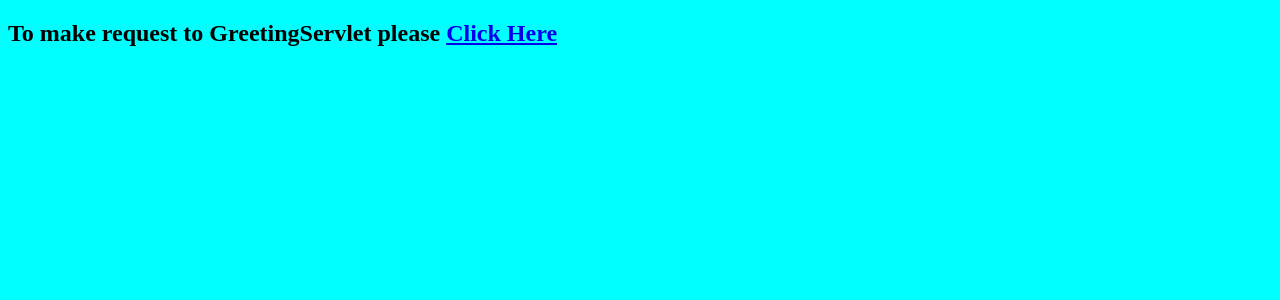
Repository: PallaviWalve/Advance-Java
Page: Web_Project/src/main/webapp/Home.html
An editor plug-in stored every save of this project. The page is shown before and after the next save, followed by the edit.
The browser window is 1280 px wide. The pictures show the whole page.

Above is the page before, as saved 2024-06-05 05:02:26.

### Web_Project/src/main/webapp/Home.html
<!DOCTYPE html>
<html>
<body bgcolor = "cyan">
	<h2>
		To make request to GreetingServlet please
		<a href = "greet">Click Here</a>
	</h2>

</body>
</html>

After the next save:
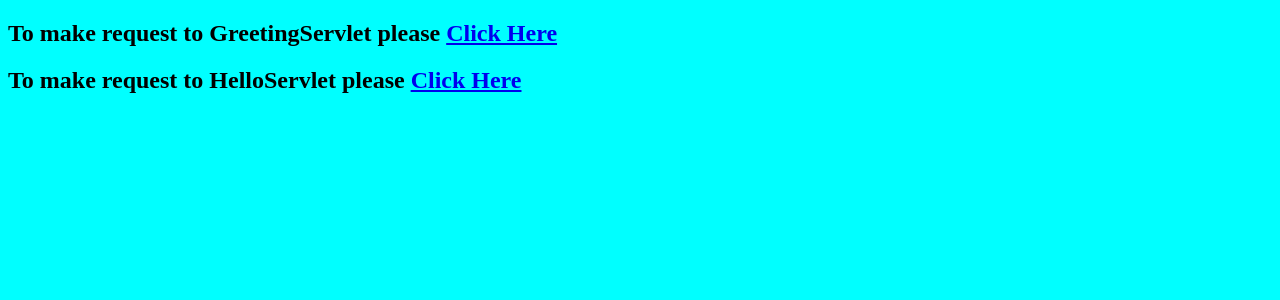
Saved 25 s later.
--- a/Web_Project/src/main/webapp/Home.html
+++ b/Web_Project/src/main/webapp/Home.html
@@ -5,6 +5,10 @@
 		To make request to GreetingServlet please
 		<a href = "greet">Click Here</a>
 	</h2>
+	<h2>
+		To make request to HelloServlet please
+		<a href = "Hello">Click Here</a>
+	</h2>
 
 </body>
 </html>
